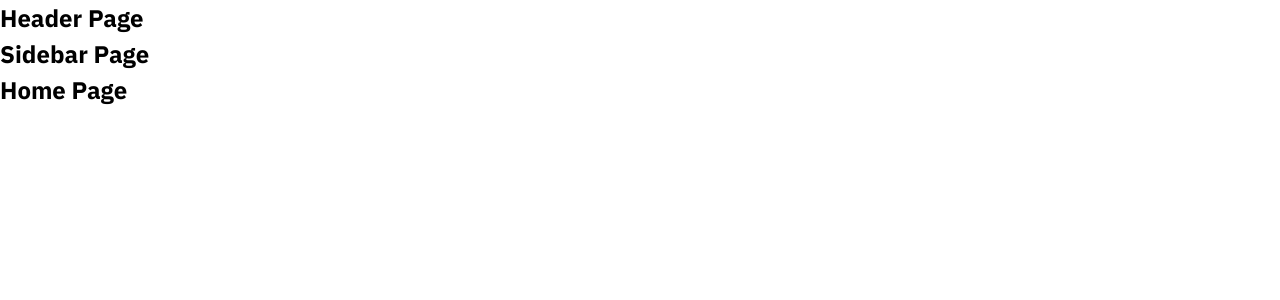
Repository: khuong30082000/tiktok-ui
Page: /
The author's editor kept a copy of each file at every save. The page is drawn from the files as they stood at one save, then again after the next save.
The browser window is 1280 px wide. The pictures show the whole page.
The project was rebuilt for these pictures with package versions that can differ from the ones it lists, and the page was loaded fresh each time. Also part of the build but not shown: src/components/Layout/components/Header/Header.module.scss, src/components/Layout/HeaderOnly/index.js, src/pages/Following/index.js, src/pages/Profile/index.js, src/pages/Upload/index.js.

Above is the page before, as saved 2022-06-13 13:05:38.

After the next save:
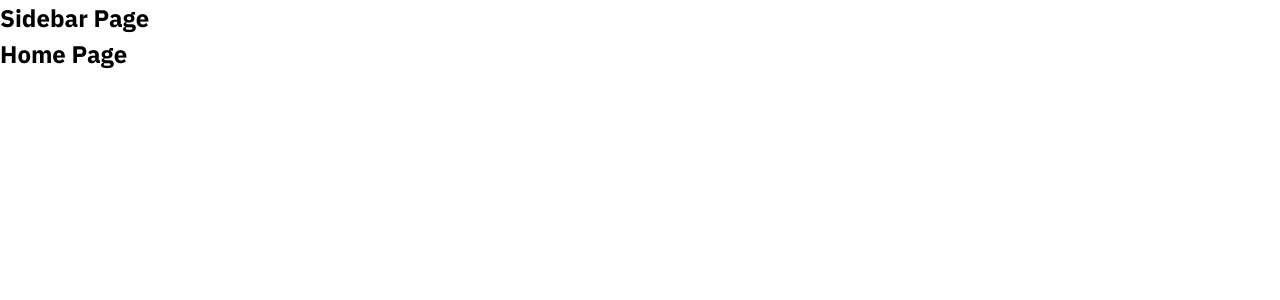
Saved 17 s later.
--- a/src/components/Layout/components/Header/index.js
+++ b/src/components/Layout/components/Header/index.js
@@ -3,7 +3,7 @@
 
 const cx = classNames.bind(styles);
 function Header() {
-  return <h2>Header Page</h2>;
+  return <header></header>;
 }
 
 export default Header;
